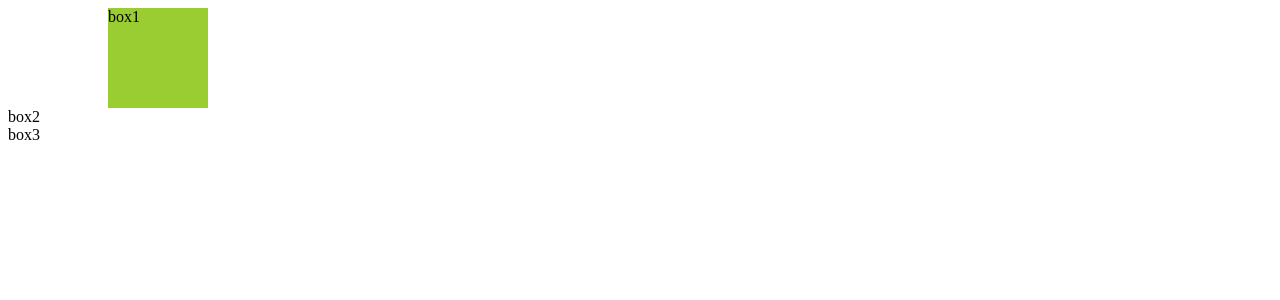
Repository: northpx/animation
Page: index.html
An editor plug-in stored every save of this project. The page is shown before and after a run of saves, followed by the edit.
The browser window is 1280 px wide. The pictures show the whole page.

Above is the page before, as saved 2022-12-19 19:21:10.

After the next 2 saves:
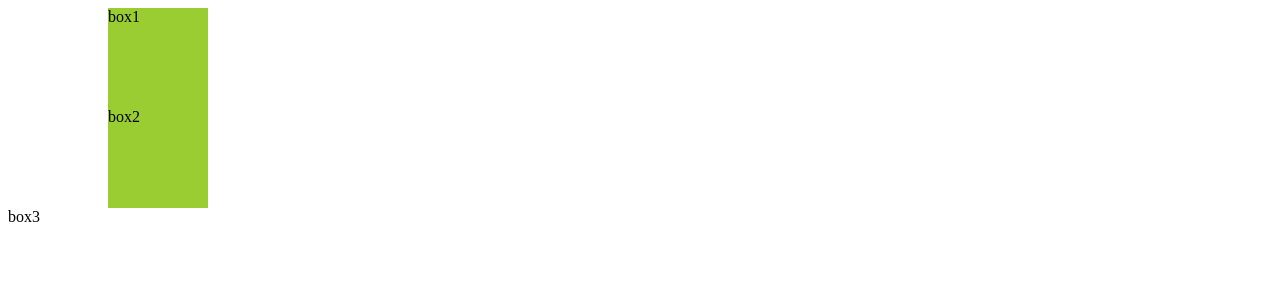
The 2 saves are shown as one change because they came seconds apart.
The last was saved 12 s later.
--- a/style.css
+++ b/style.css
@@ -24,3 +24,10 @@
     background-color: yellowgreen;
     transform: translateX(100px);
 }
+
+.box2{
+    width: 100px;
+    height: 100px;
+    background-color: yellowgreen;
+    transform: translateX(100px);
+}
